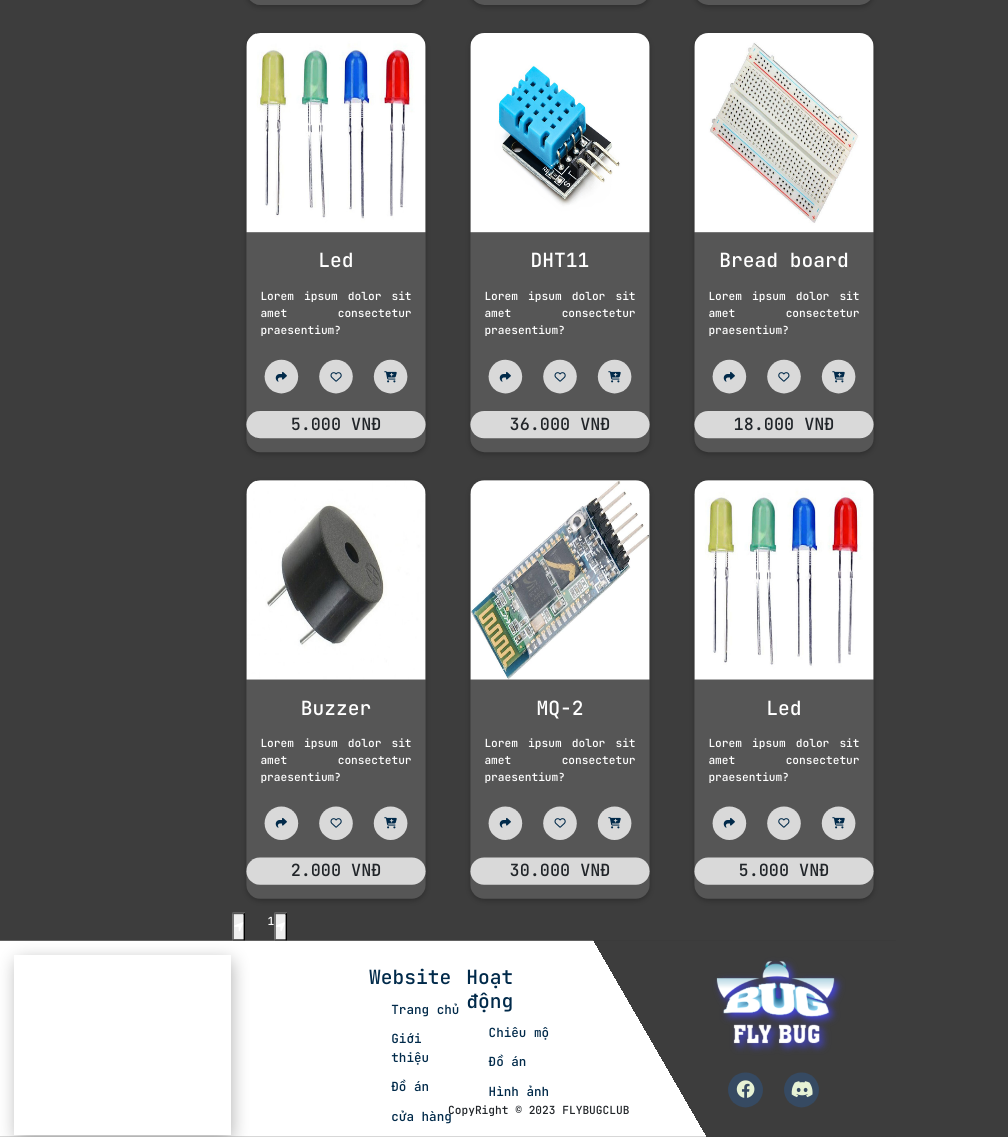
Repository: NQD2308/FlyBugClub_WebApp
Page: PROJECT FLYNUG/html/store.html
The author's editor kept a copy of each file at every save. The page is drawn from the files as they stood at one save, then again after the next save.
The browser window is 1280 px wide. The page is 1440 px wide, so the pictures cover 1440 px, including what lies to the right of the window. The pictures show the part of the page from y = 1090 to 2810 px (the page is 2714 px tall before and 2810 px after), at 70% of full size.
Pictures or frames that could not be fetched are drawn as grey boxes.

Above is the page before, as saved 2023-09-18 11:47:28.

After the next save:
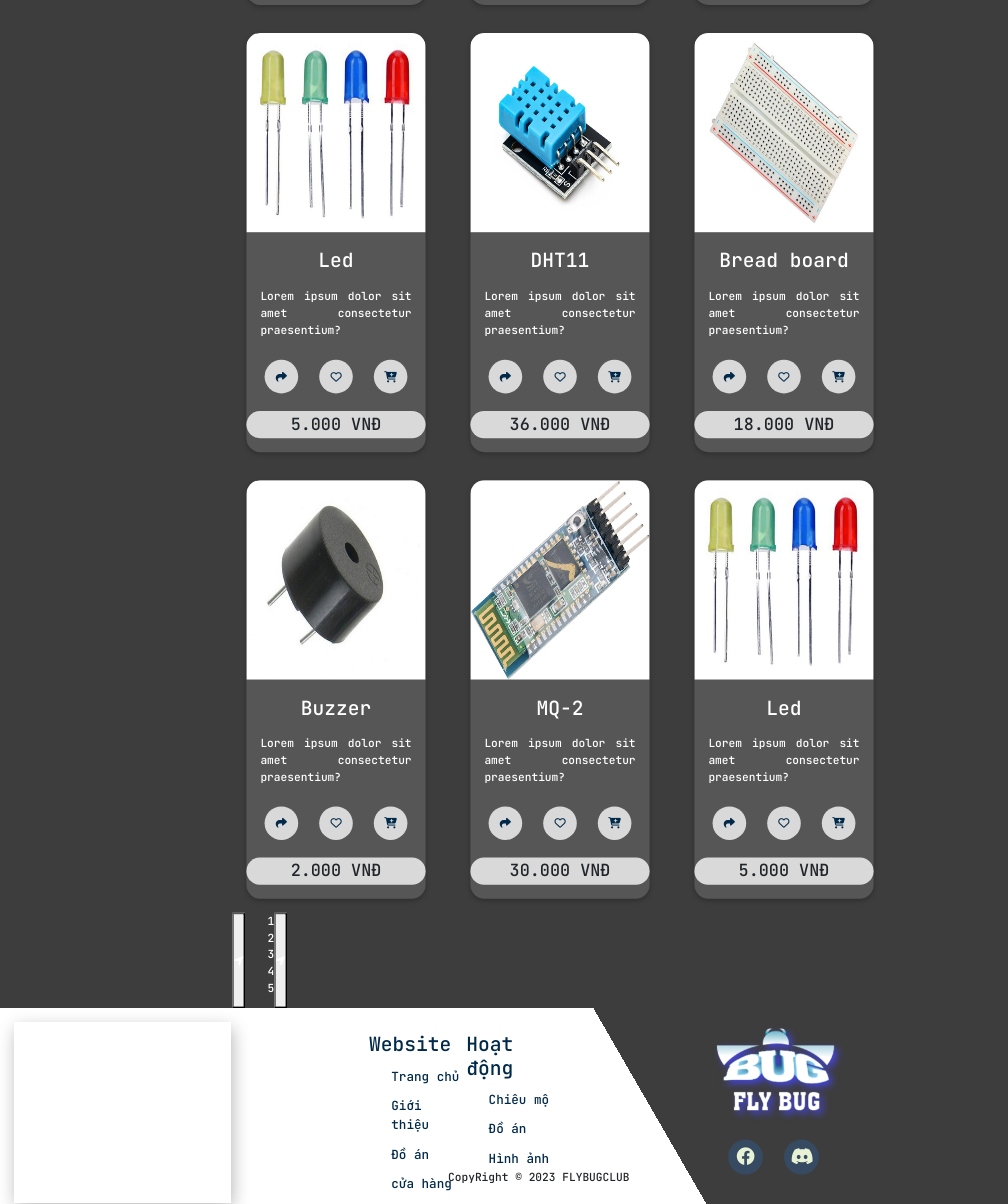
Saved 32 s later.
--- a/PROJECT FLYNUG/html/store.html
+++ b/PROJECT FLYNUG/html/store.html
@@ -342,6 +342,10 @@
                             </button>
                             <ul>
                                 <li class="link" value="1">1</li>
+                                <li class="link" value="2">2</li>
+                                <li class="link" value="3">3</li>
+                                <li class="link" value="4">4</li>
+                                <li class="link" value="5">5</li>
                             </ul>
                             <button class="btn1">
                                 <i class="fa-solid fa-location-arrow"></i>
